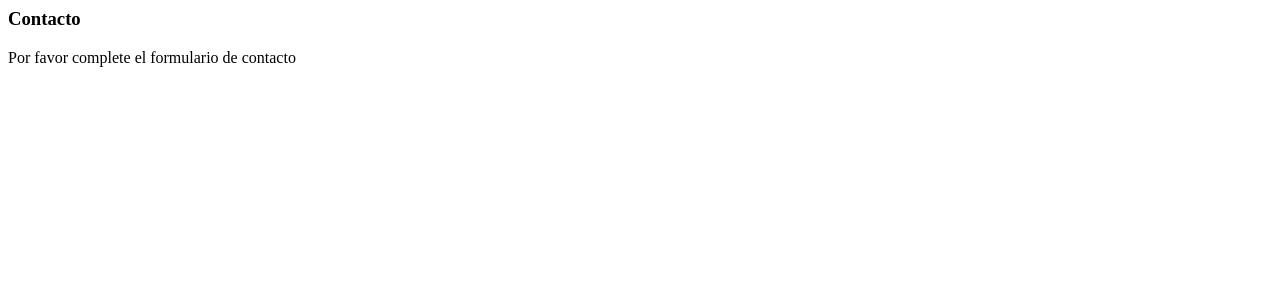
Repository: AlejandroJesusSerrano/portfolio
Page: http://localhost/contact/
An editor plug-in stored every save of this project. The page is shown before and after the next save, followed by the edit.
The browser window is 1280 px wide. The pictures show the whole page.
The page is served by the project's application, run on Django 4.2 (manage.py).

Above is the page before, as saved 2023-09-04 12:44:01.

After the next save:
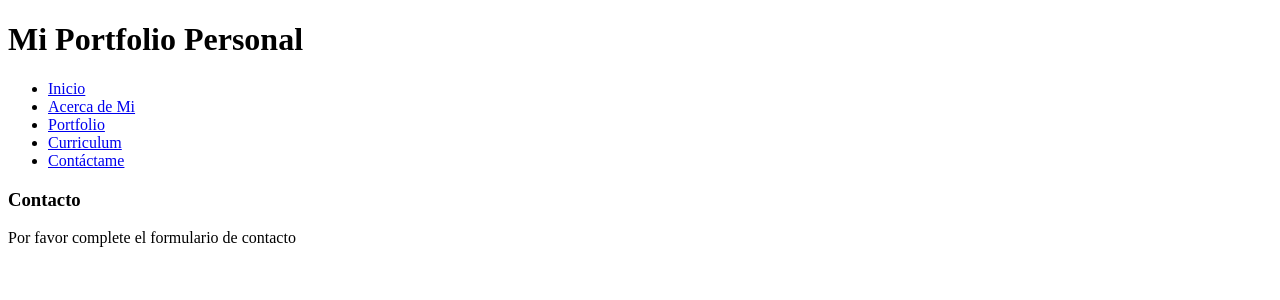
Saved 92 s later.
--- a/portfolio/core/templates/core/contact.html
+++ b/portfolio/core/templates/core/contact.html
@@ -1,3 +1,7 @@
+{% extends 'core/base.html' %}
+
+{% block content %}
 <h3>Contacto</h3>
 
 <p>Por favor complete el formulario de contacto</p>
+{% endblock content %}
